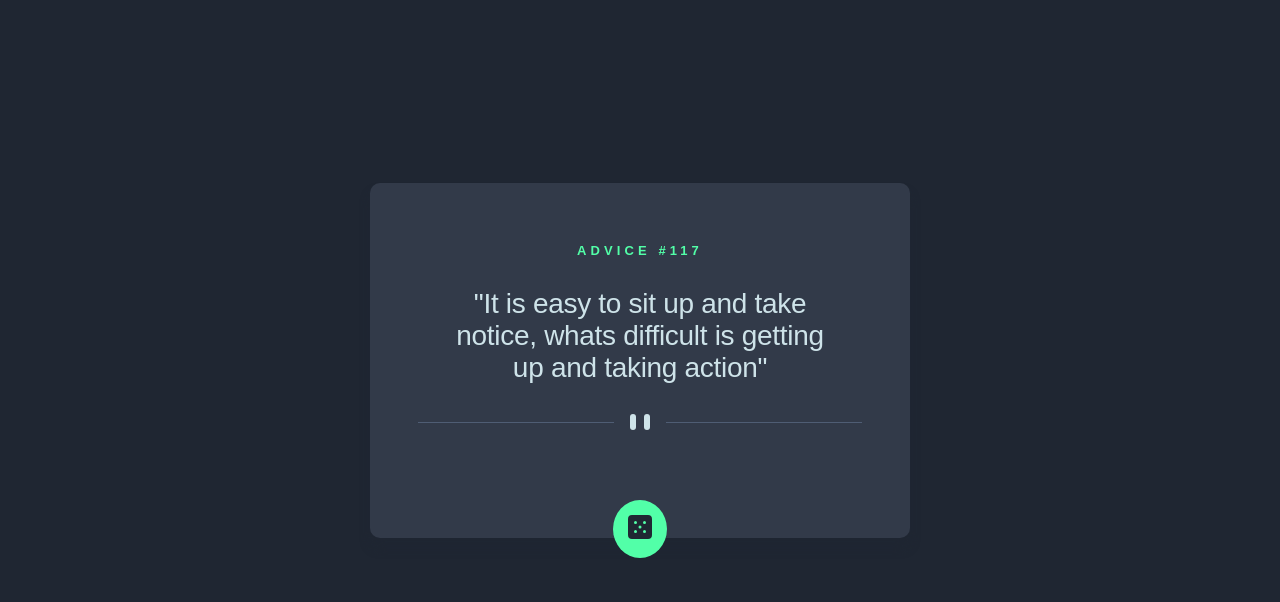
Repository: Arkitecth/advice-generator
Page: index.html
These files come from the project's save history. The page is drawn as it stood at one moment and after the next save; the edit follows.
The browser window is 1280 px wide. The pictures show the whole page.

Above is the page before, as saved 2023-07-12 18:03:00.

### index.html
<!DOCTYPE html>
<html lang="en">
<head>
  <meta charset="UTF-8">
  <meta name="viewport" content="width=device-width, initial-scale=1.0"> <!-- displays site properly based on user's device -->

  <link rel="icon" type="image/png" sizes="32x32" href="./images/favicon-32x32.png">
  <link rel="stylesheet" href="style.css">
  <title>Advice generator app</title>

</head>
<body>
  <div class="container">
    <p class="advice">Advice <span class="advice-num">#117</span></p>
    <p class="advice-text">"It is easy to sit up and take notice, whats difficult is getting up and taking action"</p>
    <img class="pattern-divider" src="images/pattern-divider-desktop.svg" alt="pattern-divider-desktop">
    <div>
      <img class="dice-icon" src="images/icon-dice.svg" alt="dice-icon">
    </div>

  </div>
</body>
</html>

### style.css
:root {
    --dark-blue: hsl(218, 23%, 16%);
    --dark-grayish-blue:hsl(217, 19%, 24%);
    --light-cyan:  hsl(193, 38%, 86%);
    --neon-green:hsl(150, 100%, 66%);
    --grayish-blue:hsl(217, 19%, 38%);
}
* {
    margin: 0;
    padding:0;
    box-sizing: border-box;
    font-family: 'Manrope', sans-serif;
}
@import url('https://fonts.googleapis.com/css2?family=Manrope:wght@800&display=swap');


body {
    background-color: var(--dark-blue);
    display: flex;
    height: 100vh;
    align-items: center;
}

.container {
    margin: 0 auto;
    background-color: var(--dark-grayish-blue);
    max-width: 540px;
    padding: 50px;
    border-radius: 10px;
    box-shadow: 0px 10px 10px var(--dark-blue);
    display: flex;
    flex-direction: column;
    align-items: center;
    align-content: space-around;
    justify-content: space-between;
}

.advice {
    color: var(--neon-green);
    text-transform: uppercase;
    font-weight: 800;
    letter-spacing: 4.086px;
    font-size: 0.8125rem;
    padding: 10px;
}

.advice-text {
    color: var(--light-cyan);
    text-align: center;
    font-size: 28px;
    letter-spacing: -0.3px;
    padding: 20px;
}


.pattern-divider {
    padding-top: 10px;
}


.container div {
    transform: translateY(70px);
    background-color: var(--neon-green);
    border-radius: 50%;
    padding: 15px;

}

After the next save:
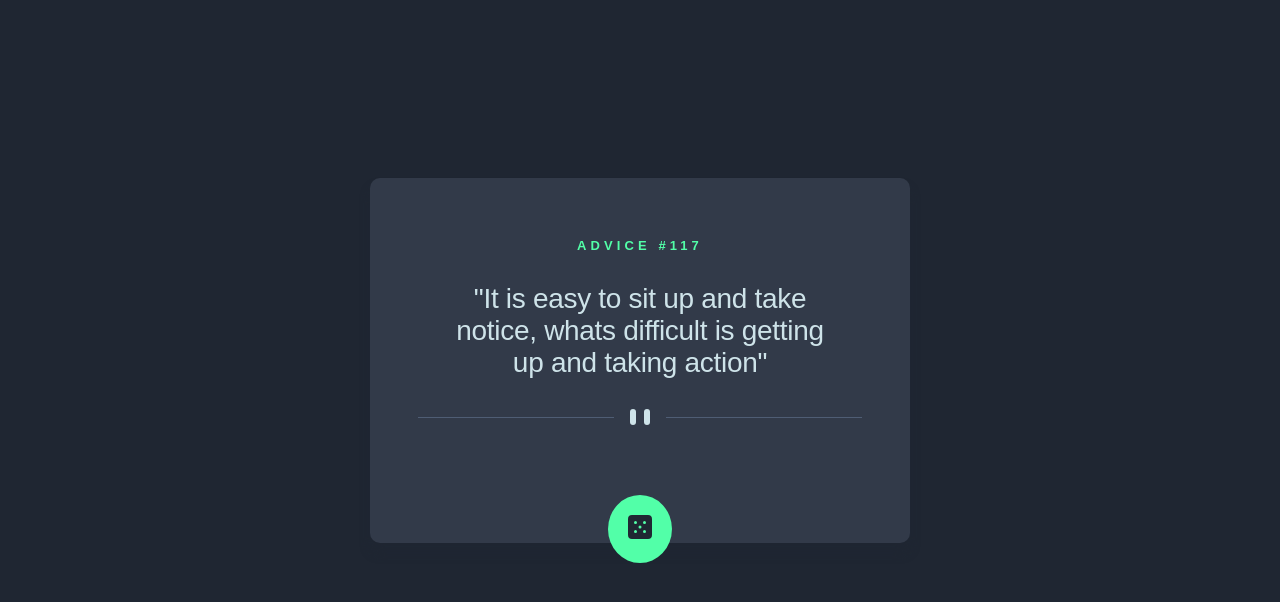
Saved 15 s later.
--- a/style.css
+++ b/style.css
@@ -62,6 +62,6 @@
     transform: translateY(70px);
     background-color: var(--neon-green);
     border-radius: 50%;
-    padding: 15px;
+    padding: 20px;
 
 }

After the save that followed:
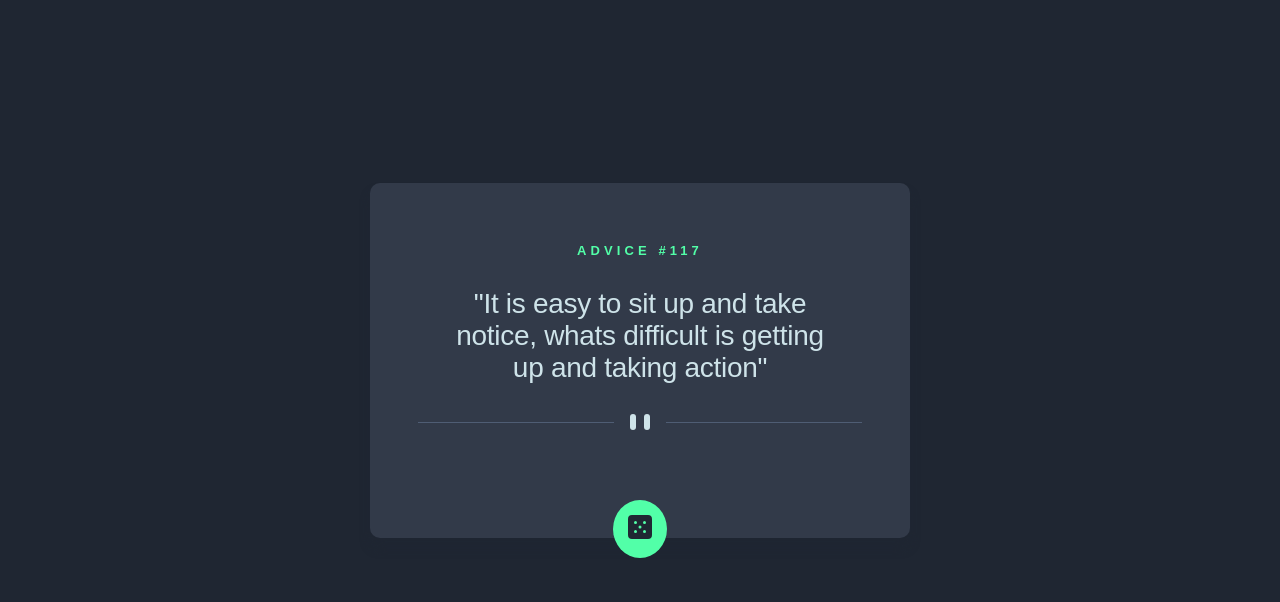
Saved 14 s later.
--- a/style.css
+++ b/style.css
@@ -62,6 +62,6 @@
     transform: translateY(70px);
     background-color: var(--neon-green);
     border-radius: 50%;
-    padding: 20px;
+    padding: 15px;
 
 }
